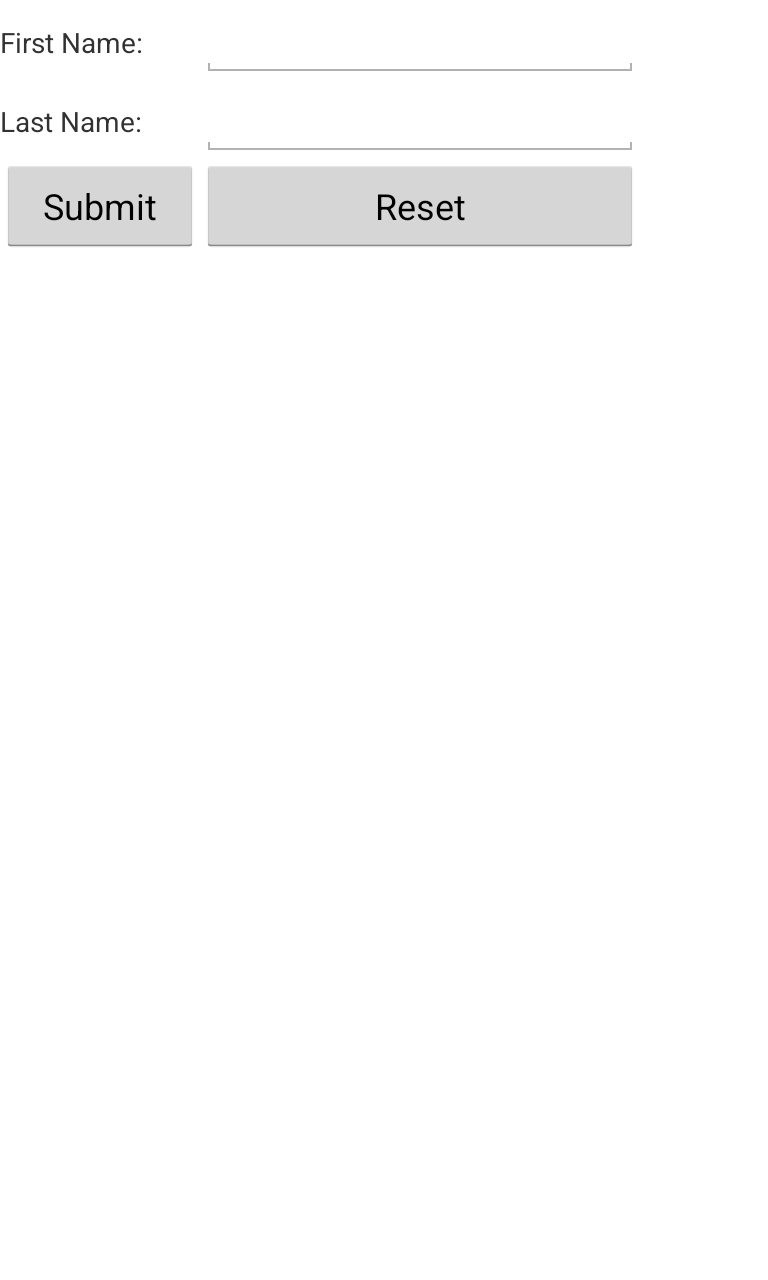
Repository: hugoM1/trainingNaranya
Layout: Layouts/res/layout/activity_table_layout.xml
An editor plug-in stored every save of this project. The layout is shown before and after the next save, followed by the edit.
It is drawn on a 768 x 1280 px phone screen (xhdpi) without system bars, with theme AppTheme; the app's code is not run.

Above is the layout before, as saved 2013-08-14 02:41:20.

After the next save:
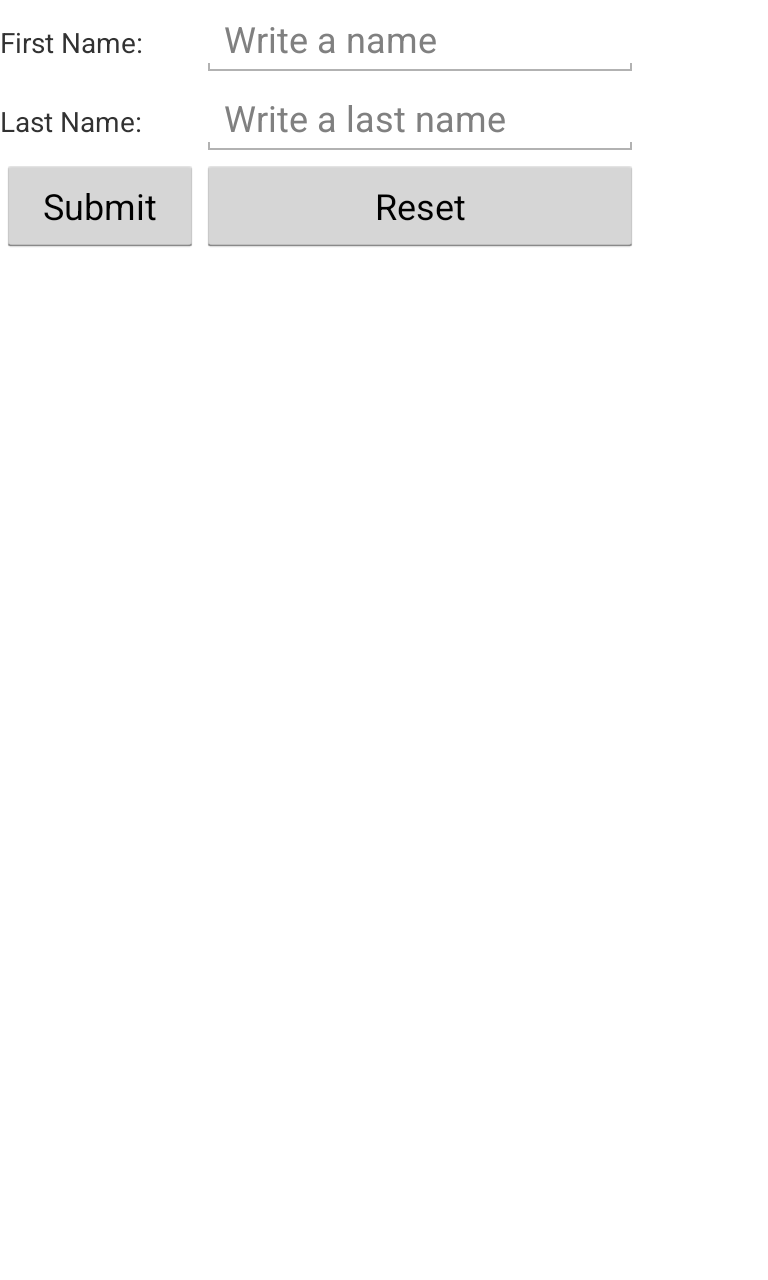
Saved 61 s later.
--- a/Layouts/res/layout/activity_table_layout.xml
+++ b/Layouts/res/layout/activity_table_layout.xml
@@ -13,7 +13,8 @@
 			android:width="100dp" />
 		<EditText
 		    android:id="@+id/EditText01"
-		    android:width="220dp" />
+		    android:width="220dp"
+		    android:hint="@string/text_hint1"/>
 	</TableRow>
 	<TableRow
 	    android:id="@+id/TableRow02">
@@ -21,7 +22,8 @@
 		    android:id="@+id/TextView02"
 		    android:text="@string/last_name" />
 		<EditText
-		    android:id="@+id/EditText02" />
+		    android:id="@+id/EditText02"
+		    android:hint="@string/text_hint2"/>
 	</TableRow>
 	<TableRow
 	    android:id="@+id/TableRow03">
